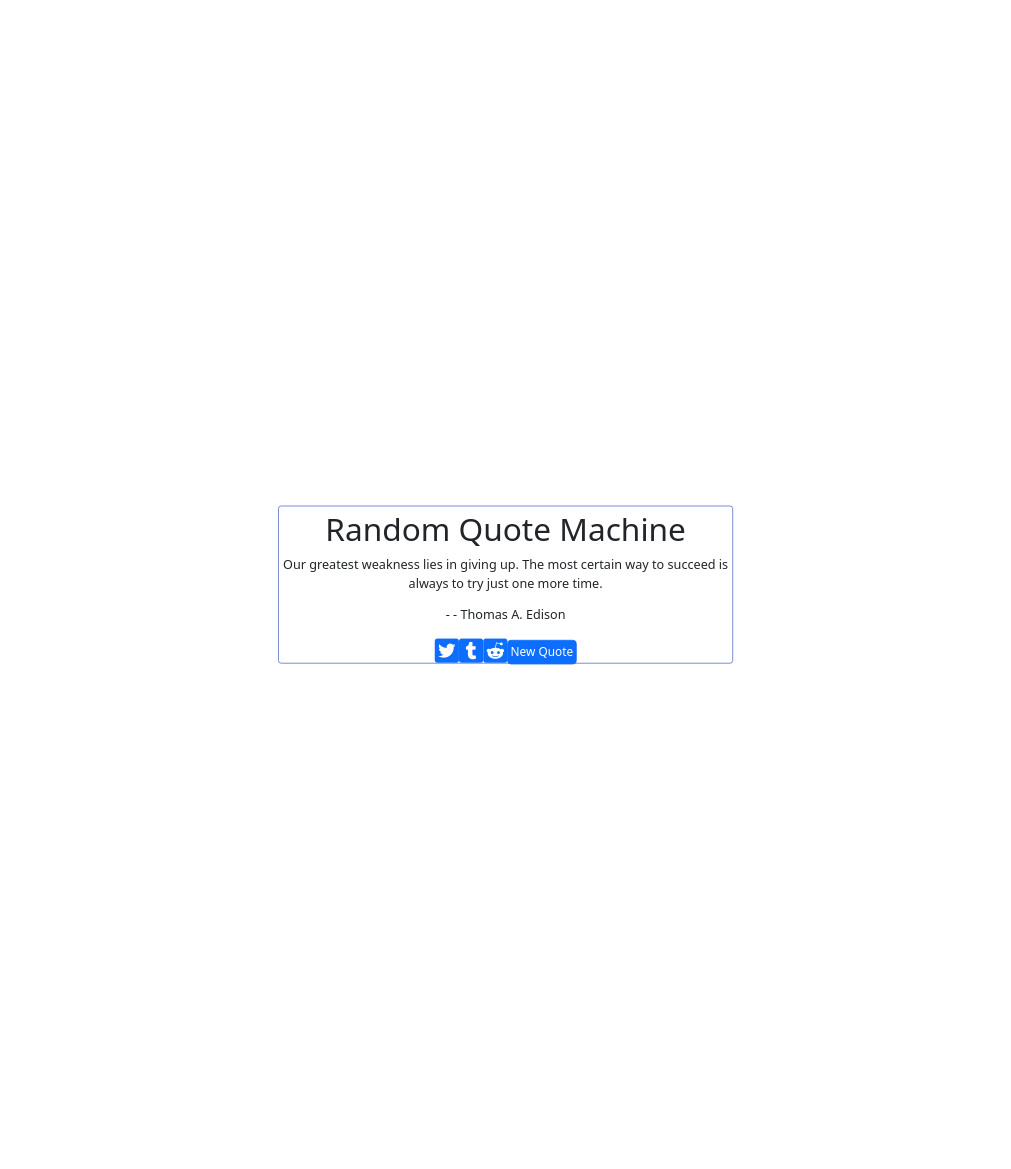
Repository: LuismGil/Random-quote-machine
Page: /
An editor plug-in stored every save of this project. The page is shown before and after the next save, followed by the edit.
The browser window is 1280 px wide. The pictures show the whole page, at 79% of full size.
The project was rebuilt for these pictures with package versions that can differ from the ones it lists, and the page was loaded fresh each time.

Above is the page before, as saved 2021-01-27 09:51:29.

After the next save:
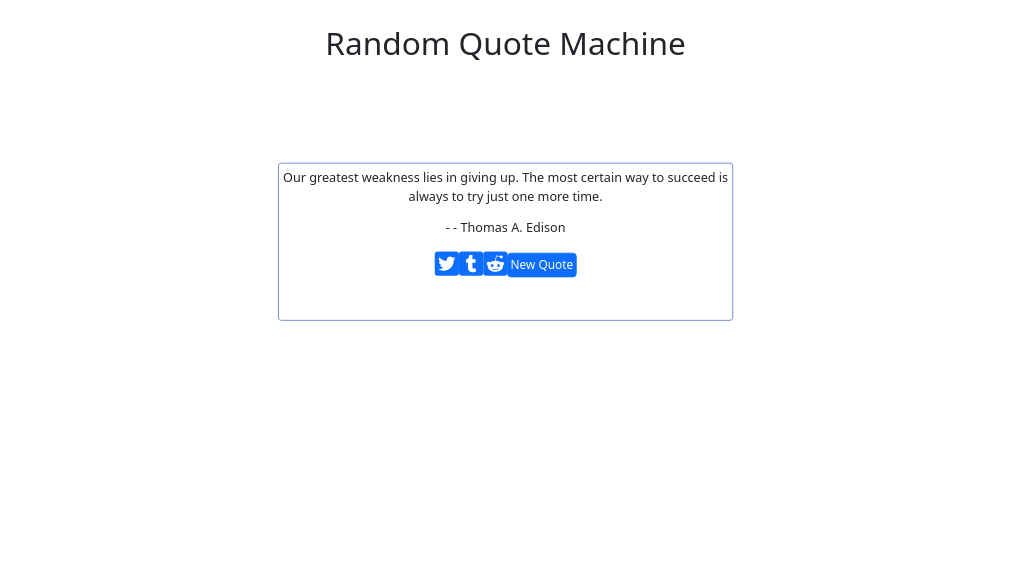
Saved 2 min 45 s later.
--- a/src/index.css
+++ b/src/index.css
@@ -2,18 +2,23 @@ body {
   background-color: white;
 }
 
-#quote-box {
-  background-color: white;
-  border-radius: 4px;
-  border: solid #5b6dcd 1px;
-  box-sizing: border-box;
+h1 {
+  margin-top: 30px;
+  text-align: center;
+}
+
+.quote-card {
+  height: 200px;
   display: flex;
   flex-direction: column;
-  height: 200px;
-  margin: 50% auto;
+  text-align: center;
+  background-color: white;
+  margin: 10% auto;
+  box-sizing: border-box;
+  width: 45%;
+  border: solid #5b6dcd 1px;
+  border-radius: 4px;
   padding: 5px;
-  text-align: center;
-  width: 45%;
 }
 
 i {
